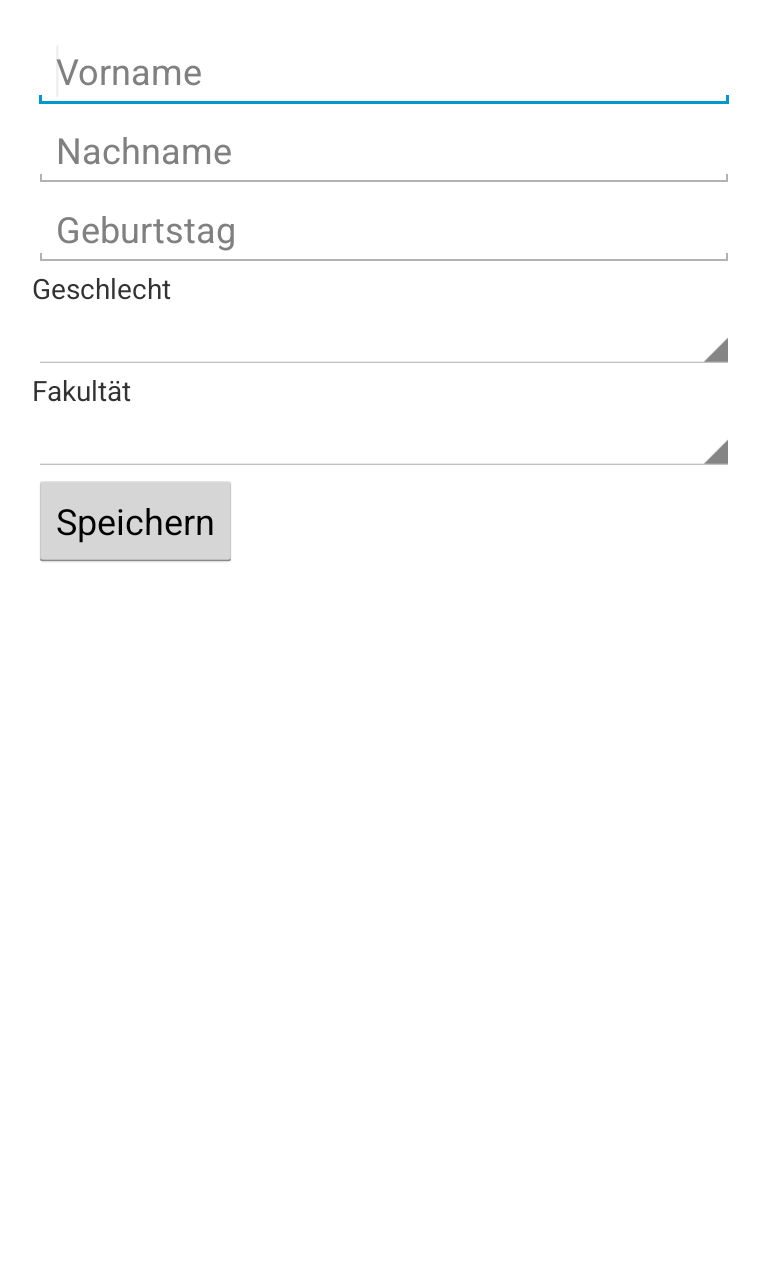
Repository: asdffdsa123/SA-Project
Layout: SA-Android/res/layout/activity_main.xml
An editor plug-in stored every save of this project. The layout is shown before and after the next save, followed by the edit.
It is drawn on a 768 x 1280 px phone screen (xhdpi) without system bars, with theme AppTheme; the app's code is not run.

Above is the layout before, as saved 2013-11-24 16:38:18.

### SA-Android/res/layout/activity_main.xml
<LinearLayout xmlns:android="http://schemas.android.com/apk/res/android"
    xmlns:tools="http://schemas.android.com/tools"
    android:id="@+id/LinearLayout1"
    android:layout_width="match_parent"
    android:layout_height="match_parent"
    android:orientation="vertical"
    android:paddingBottom="@dimen/activity_vertical_margin"
    android:paddingLeft="@dimen/activity_horizontal_margin"
    android:paddingRight="@dimen/activity_horizontal_margin"
    android:paddingTop="@dimen/activity_vertical_margin"
    tools:context=".MainActivity" >

    <EditText
        android:id="@+id/firstname"
        android:layout_width="match_parent"
        android:layout_height="wrap_content"
        android:ems="10"
        android:hint="@string/firstname"
        android:inputType="textPersonName" >

        <requestFocus />
    </EditText>

    <EditText
        android:id="@+id/lastname"
        android:layout_width="match_parent"
        android:layout_height="wrap_content"
        android:ems="10"
        android:hint="@string/lastname"
        android:inputType="textPersonName" />

    <EditText
        android:id="@+id/birthday"
        android:layout_width="match_parent"
        android:layout_height="wrap_content"
        android:ems="10"
        android:hint="@string/birthday"
        android:inputType="date" />

    <TextView
        android:id="@+id/textView2"
        android:layout_width="wrap_content"
        android:layout_height="wrap_content"
        android:text="@string/gender"
        android:textAppearance="?android:attr/textAppearanceSmall" />

    <Spinner
        android:id="@+id/gender_spinner"
        android:layout_width="match_parent"
        android:layout_height="wrap_content"
        android:contentDescription="@string/gender" />

    <TextView
        android:id="@+id/textView1"
        android:layout_width="wrap_content"
        android:layout_height="wrap_content"
        android:text="@string/faculty"
        android:textAppearance="?android:attr/textAppearanceSmall" />

    <Spinner
        android:id="@+id/faculty_spinner"
        android:layout_width="match_parent"
        android:layout_height="wrap_content" />

    <Button
        android:id="@+id/save_button"
        android:layout_width="wrap_content"
        android:layout_height="wrap_content"
        android:hint="@string/save"
        android:text="@string/save"
        android:onClick="save"/>

</LinearLayout>

### SA-Android/res/values/strings.xml
<?xml version="1.0" encoding="utf-8"?>
<resources>

    <string name="app_name">SA-Android</string>
    <string name="action_settings">Settings</string>
    <string name="hello_world">Hello world!</string>
    <string name="save">Speichern</string>
    <string name="firstname">Vorname</string>
    <string name="lastname">Nachname</string>
    <string name="birthday">Geburtstag</string>
    <string name="gender">Geschlecht</string>
    <string name="faculty">Fakultät</string>

</resources>

Loaded but not shown: SA-Android/res/values/styles.xml (common file); SA-Android/res/values-v11/styles.xml (common file); SA-Android/res/values-v14/styles.xml (common file); SA-Android/res/values/dimens.xml (common file)

After the next save:
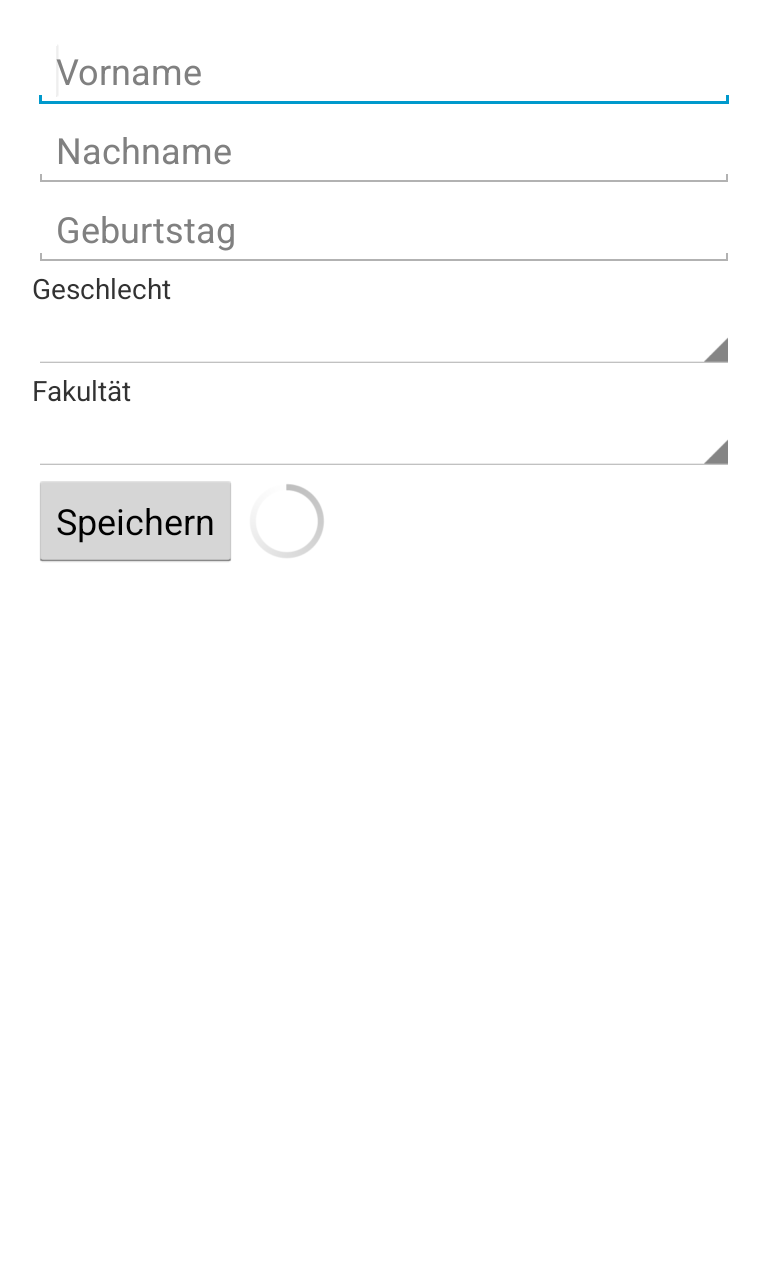
Saved 3 min 47 s later.
--- a/SA-Android/res/layout/activity_main.xml
+++ b/SA-Android/res/layout/activity_main.xml
@@ -62,12 +62,23 @@
         android:layout_width="match_parent"
         android:layout_height="wrap_content" />
 
-    <Button
-        android:id="@+id/save_button"
-        android:layout_width="wrap_content"
-        android:layout_height="wrap_content"
-        android:hint="@string/save"
-        android:text="@string/save"
-        android:onClick="save"/>
+    <LinearLayout
+        android:layout_width="match_parent"
+        android:layout_height="wrap_content" >
+
+        <Button
+            android:id="@+id/save_button"
+            android:layout_width="wrap_content"
+            android:layout_height="wrap_content"
+            android:hint="@string/save"
+            android:onClick="save"
+            android:text="@string/save" />
+
+        <ProgressBar
+            android:id="@+id/progressBar1"
+            android:layout_width="wrap_content"
+            android:layout_height="wrap_content" />
+
+    </LinearLayout>
 
 </LinearLayout>
